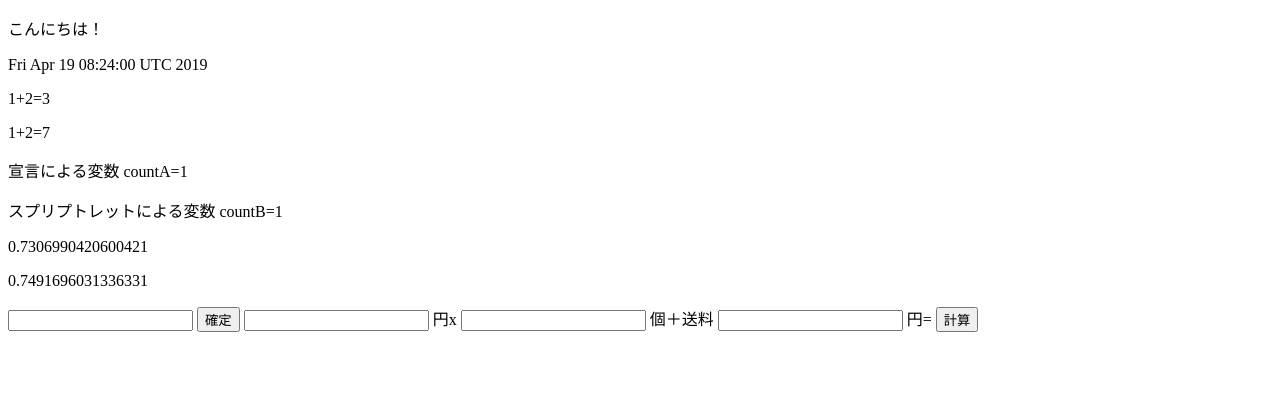
Repository: emiK1229/test
Page: http://localhost/HelloJSP/
An editor plug-in stored every save of this project. The page is shown before and after the next save, followed by the edit.
The browser window is 1280 px wide. The pictures show the whole page.
The page is served by Tomcat 9.

Above is the page before, as saved 2019-04-22 01:48:05.

After the next save:
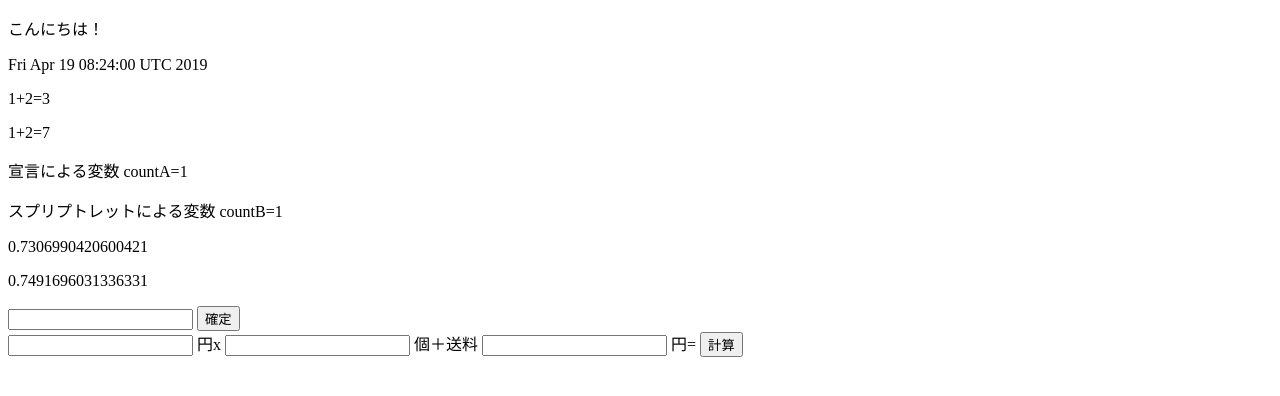
Saved 21 s later.
--- a/HelloJSP/WebContent/index.jsp
+++ b/HelloJSP/WebContent/index.jsp
@@ -33,7 +33,7 @@ countB++;
 <form method="post" action="greeting-out.jsp">
 <input type="text" name="user">
 <input type="submit" value="確定">
-
+</form>
 <form method="post" action="total-out.isp">
 <input type="text" name="price">
 円x
@@ -42,7 +42,7 @@ countB++;
 <input type="text" name="delivery">
 円=
 <input type="submit" value="計算">
-</form>
+
 </form>
 </body>
 </html>
